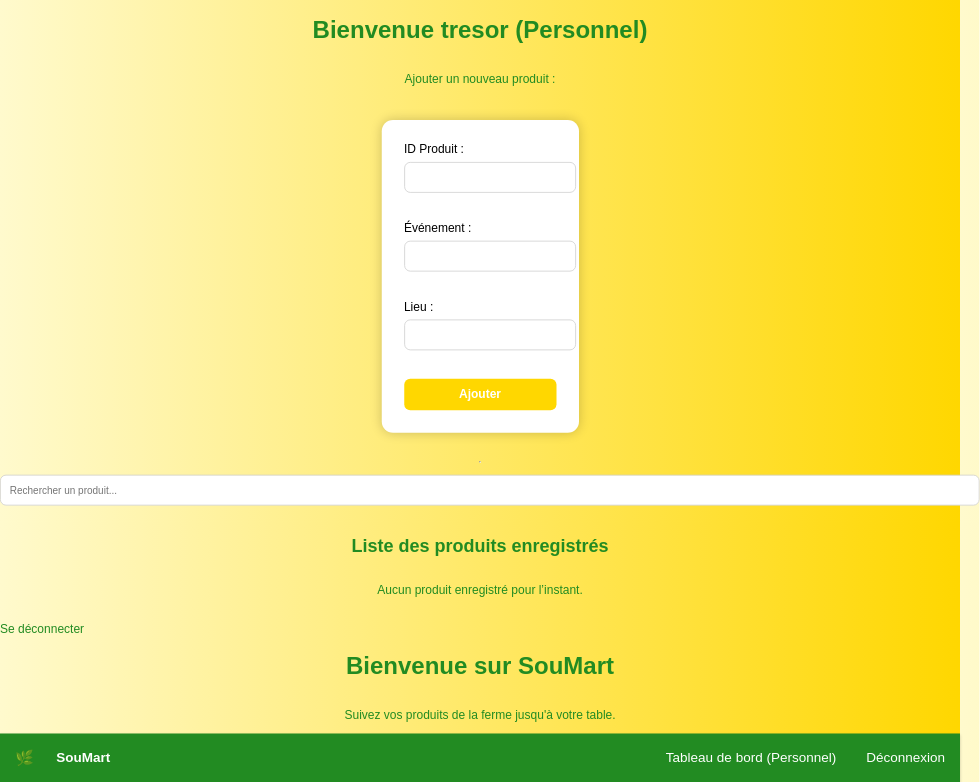
Repository: SouhailMar10/FOOD-MART
Page: http://localhost/dashboard_personnel
These files come from the project's save history. The page is drawn as it stood at one moment and after the next save; the edit follows.
The browser window is 1280 px wide. The page is 1306 px wide, so the pictures cover 1306 px, including what lies to the right of the window. The pictures show the whole page, at 75% of full size.
The page is served by the project's application, run on Flask 3 (app.py). The user the application loads for id 1 is signed in. The page reads the database file committed with the project.

Above is the page before, as saved 2025-04-27 11:39:58.

After the next save:
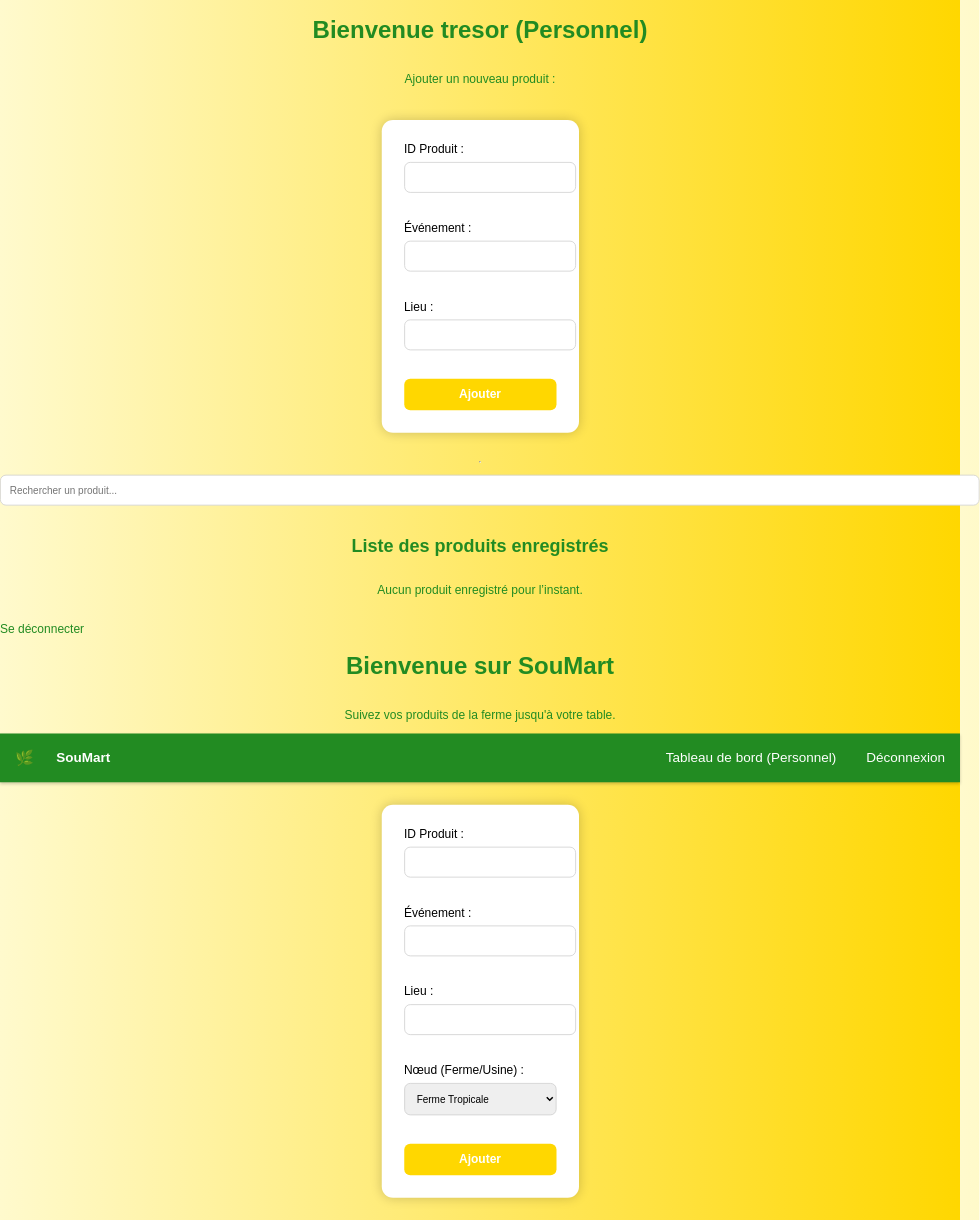
Saved 38 min 23 s later.
--- a/templates/dashboard_personnel.html
+++ b/templates/dashboard_personnel.html
@@ -77,6 +77,27 @@
         {% endif %}
     </div>
 </nav>
+<form action="/dashboard_personnel" method="POST">
+    <label for="product_id">ID Produit :</label><br>
+    <input type="text" id="product_id" name="product_id" required><br><br>
+
+    <label for="event">Événement :</label><br>
+    <input type="text" id="event" name="event" required><br><br>
+
+    <label for="location">Lieu :</label><br>
+    <input type="text" id="location" name="location" required><br><br>
+
+    <label for="node">Nœud (Ferme/Usine) :</label><br>
+    <select id="node" name="node" required>
+        <option value="Ferme Tropicale">Ferme Tropicale</option>
+        <option value="Ferme du Nord">Ferme du Nord</option>
+        <option value="Ferme équatoriale">Ferme équatoriale</option>
+        <option value="Usine de transformation">Usine de transformation</option>
+        <option value="Centre d’emballage">Centre d’emballage</option>
+    </select><br><br>
+
+    <input type="submit" value="Ajouter">
+</form>
 
 
 </html>
